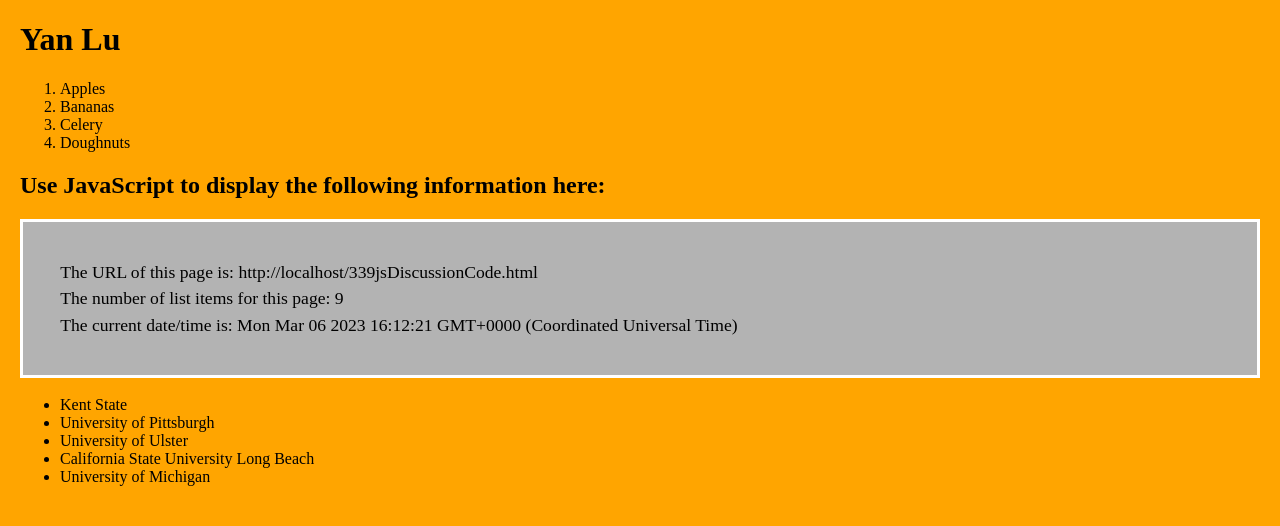
Repository: lulyany/discussionwk10
Page: 339jsDiscussionCode.html
These files come from the project's save history. The page is drawn as it stood at one moment and after a run of saves; the edit follows.
The browser window is 1280 px wide. The pictures show the whole page.

Above is the page before, as saved 2023-11-01 20:51:53.

After the next 5 saves:
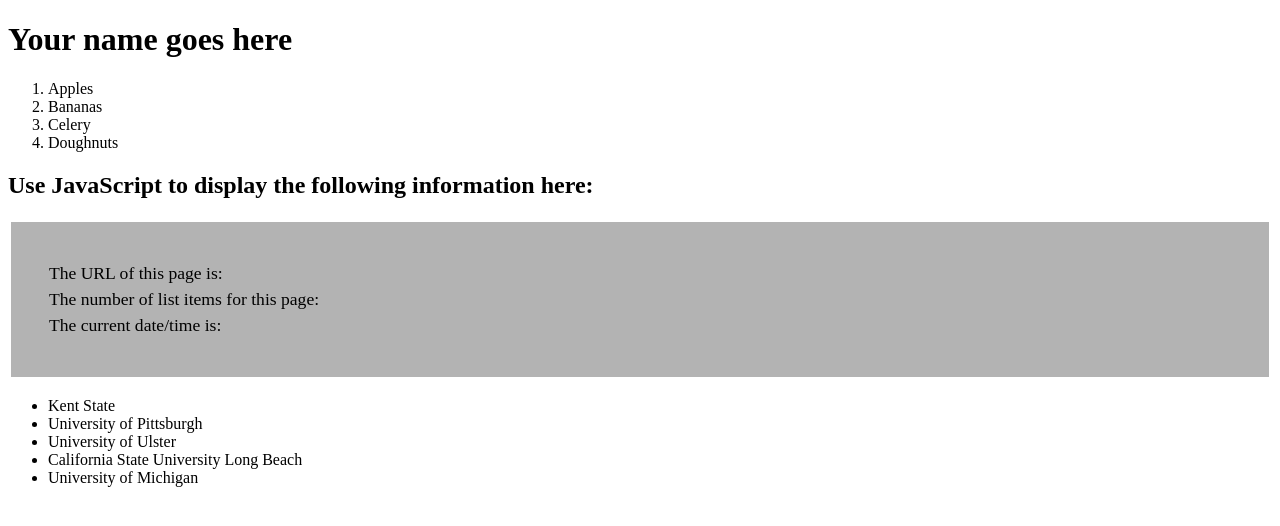
Console error: SyntaxError: Unexpected identifier '$'
The 5 saves are shown as one change because they came seconds apart.
The last was saved 49 s later.
--- a/339jsDiscussionCode.html
+++ b/339jsDiscussionCode.html
@@ -49,7 +49,7 @@
 
 	function copyFunction(){
 		let cheer = "Go Blue"
-		document.getElementById("cheer").innerHTML += "<br> ${cheer}";
+		document.getElementById("cheer").innerHTML += "<br>" ${cheer};
 	}
 
 </script>

After the 4 saves that followed:
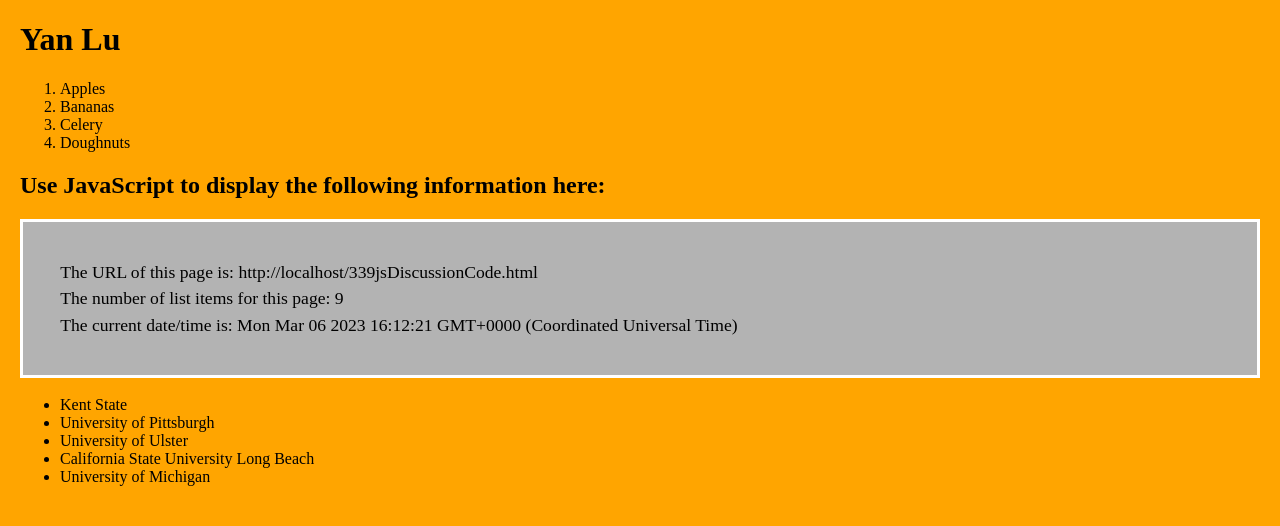
The error is gone.
The 4 saves are shown as one change because they came seconds apart.
The last was saved 10 s later.
--- a/339jsDiscussionCode.html
+++ b/339jsDiscussionCode.html
@@ -49,7 +49,7 @@
 
 	function copyFunction(){
 		let cheer = "Go Blue"
-		document.getElementById("cheer").innerHTML += "<br>" ${cheer};
+		document.getElementById("cheer").innerHTML += "<br> ${cheer}";
 	}
 
 </script>
